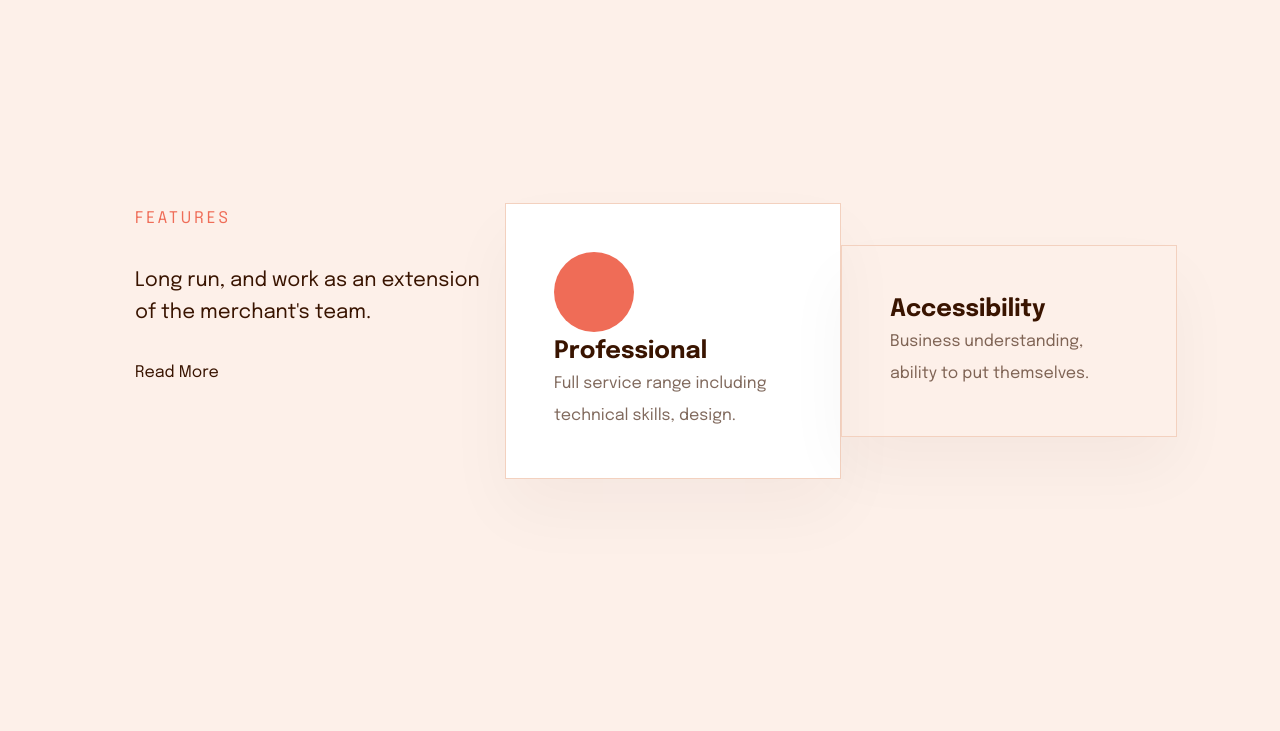
Repository: kubrazamanova/Project-7
Page: index.html
The author's editor kept a copy of each file at every save. The page is drawn from the files as they stood at one save, then again after the next save.
The browser window is 1280 px wide. The pictures show the whole page.

Above is the page before, as saved 2023-09-23 10:38:21.

After the next save:
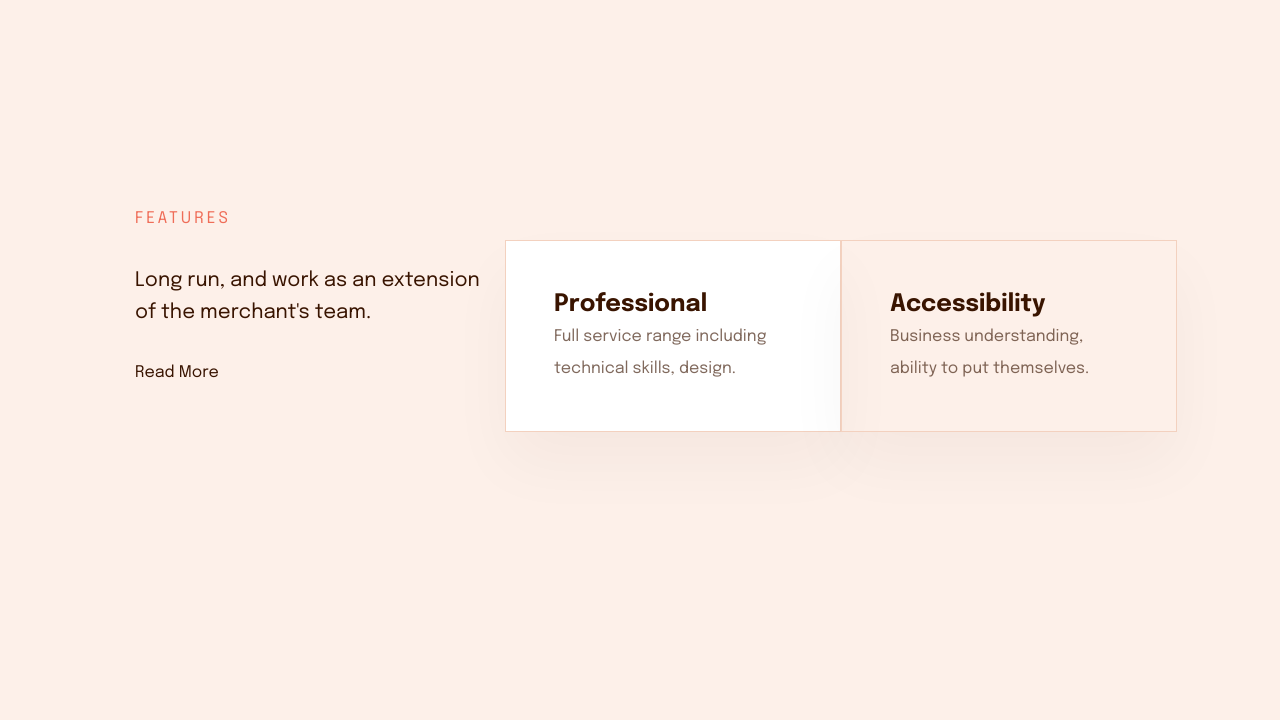
Saved 39 s later.
--- a/index.html
+++ b/index.html
@@ -17,15 +17,9 @@
       <ul>
         <li >
 
-            <svg
-              xmlns="http://www.w3.org/2000/svg"
-              width="80"
-              height="80"
-              viewBox="0 0 80 80"
-              fill="none"
-            >
-              <circle cx="40" cy="40" r="40" fill="#EF6C57" />
-            </svg>
+          <div class="circle">
+
+          </div>
             <h2>Professional</h2>
             <span>Full service range including technical skills, design.</span>
 
